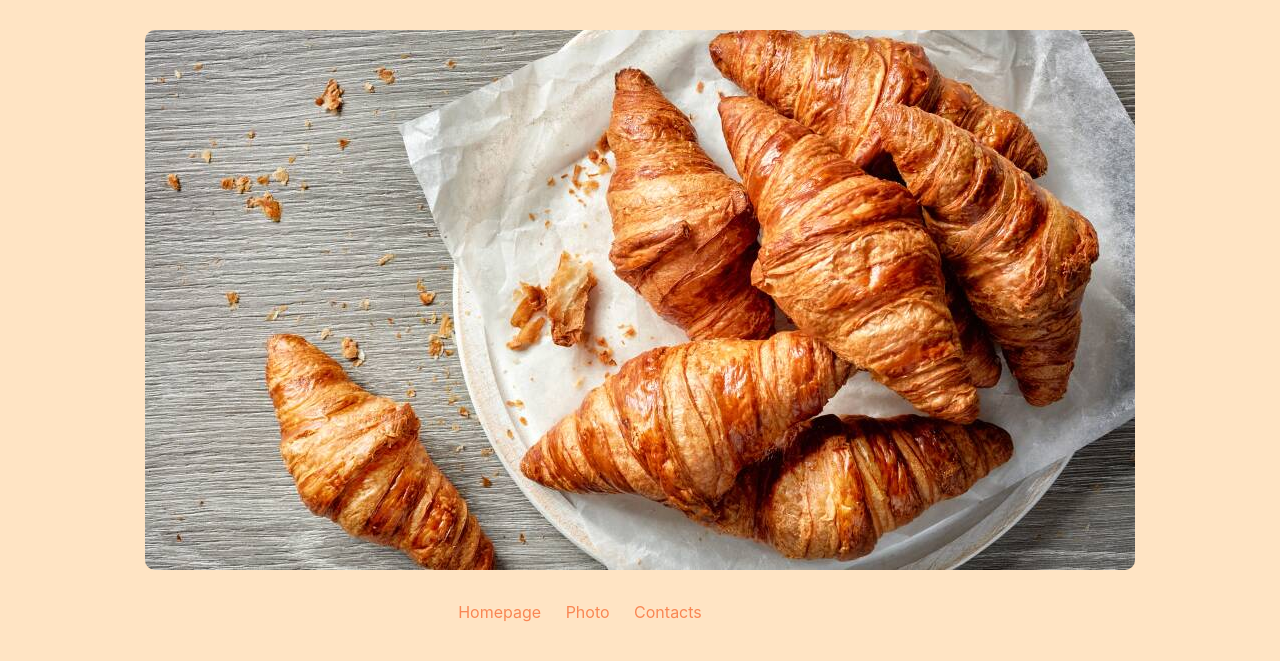
Repository: Bohoutdinova/Croissant
Page: photo.html
These files come from the project's save history. The page is drawn as it stood at one moment and after the next save; the edit follows.
The browser window is 1280 px wide. The pictures show the whole page.

Above is the page before, as saved 2022-08-08 17:54:19.

### photo.html
<!DOCTYPE html>
<html lang="en">
  <head>
    <meta charset="UTF-8" />
    <meta http-equiv="X-UA-Compatible" content="IE=edge" />
    <meta name="viewport" content="width=device-width, initial-scale=1.0" />
    <title>Photo</title>
    <link
      rel="stylesheet"
      href="https://cdn.jsdelivr.net/npm/bootstrap@4.3.1/dist/css/bootstrap.min.css"
      integrity="sha384-ggOyR0iXCbMQv3Xipma34MD+dH/1fQ784/j6cY/iJTQUOhcWr7x9JvoRxT2MZw1T"
      crossorigin="anonymous"
    />
    <link rel="stylesheet" href="/src/style.css" />
  </head>
  <body>
    <img src="/images/download.jpeg" class="img-fluid" alt="croissant" />
    <div class="container">
      <a href="/index.html">Homepage</a>
      <a href="/photo.html">Photo</a>
      <a href="/contact.html">Contacts</a>
    </div>
  </body>
</html>

### src/style.css
body {
  background-color: bisque;
}
h1 {
  text-align: center;
}
p {
  text-align: center;
}
.container {
  text-align: center;
  margin: 10px;
}
a {
  padding: 10px;
  color: #f98654;
}
img {
  border-radius: 10px;
  display: block;
  margin: 30px auto;
}

After the next save:
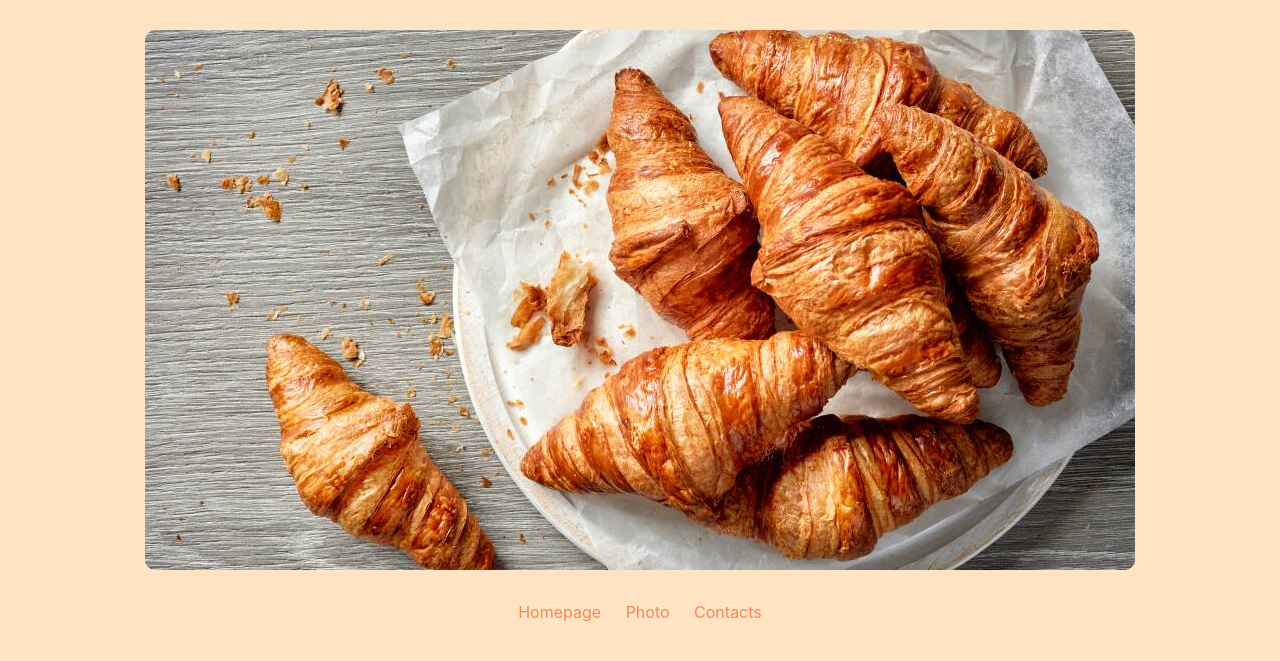
Saved 86 s later.
--- a/src/style.css
+++ b/src/style.css
@@ -9,7 +9,7 @@ p {
 }
 .container {
   text-align: center;
-  margin: 10px;
+  margin: 10px auto;
 }
 a {
   padding: 10px;
